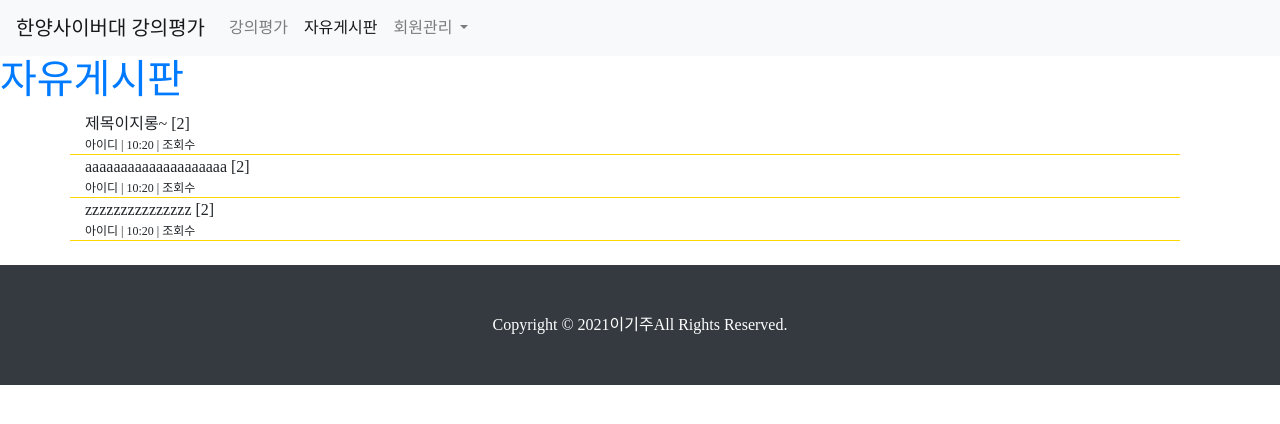
Repository: lkjjjang/hycu
Page: http://localhost/hycujjang/mobile.jsp
An editor plug-in stored every save of this project. The page is shown before and after the next save, followed by the edit.
The browser window is 1280 px wide. The pictures show the whole page.
Some web fonts or font styles are not loaded; a fallback is used. The page is served by Tomcat 9. Nobody is signed in. The application's start-up code is not run. Other server files are loaded and not shown.

Above is the page before, as saved 2022-01-02 09:21:12.

### hycujjang/WebContent/mobile.jsp
<%@ page language="java" contentType="text/html; charset=UTF-8"
    pageEncoding="UTF-8"%>
<%@ page import="java.util.ArrayList" %>
<%@ page import="java.net.URLEncoder" %>
<%@ page import="java.io.PrintWriter" %>
<%@ taglib prefix="c" uri="http://java.sun.com/jsp/jstl/core"%>
<%@ taglib prefix="fmt" uri="http://java.sun.com/jsp/jstl/fmt"%>

<!DOCTYPE html>
<html>
<head>
	<meta charset="UTF-8">
	<meta name="viewport" content="width=device-width, initial-scale=1, shrink-to-fit=no">
	<title>한양사이버대 강의평가</title>
	<!-- 부트스트랩 CSS 추가하기 -->
	<link rel="stylesheet"
			href="https://stackpath.bootstrapcdn.com/bootstrap/4.4.1/css/bootstrap.min.css"
			integrity="sha384-Vkoo8x4CGsO3+Hhxv8T/Q5PaXtkKtu6ug5TOeNV6gBiFeWPGFN9MuhOf23Q9Ifjh"
			crossorigin="anonymous">
	<!-- 커스텀 CSS 추가하기 -->
	<link rel="stylesheet" href="./css/custom.css">
	<style>
		.b{
			border: solid 1px black;
		}
	</style>
</head>
<body>
	<nav class="navbar navbar-expand-md navbar-light bg-light">
		<a class="navbar-brand" href="index.jsp">한양사이버대 강의평가</a>
		<button class="navbar-toggler" type="button" data-toggle="collapse" data-target="#navbar">
			<span class="navbar-toggler-icon"></span>
		</button>
		<div id="navbar" class="collapse navbar-collapse">
			<ul class="navbar-nav mr-auto">
				<li class="nav-item">
					<a class="nav-link" href="lectureBoardController?pageNumber=1">강의평가</a>
				</li>
				<li class="nav-item active">
					<a class="nav-link" href="freeBoardController?pageNumber=1">자유게시판</a>
				</li>
				<li class="nav-item dropdown">
					<a class="nav-link dropdown-toggle" id="dropdown" data-toggle="dropdown" href="index.jsp">
						회원관리
					</a>
					<div class="dropdown-menu" aria-labelledby="dropdown">
						<a class="dropdown-item" href="logout.jsp">로그아웃</a>
					</div>
				</li>
			</ul>
		</div>
	</nav>
	<h1>
   		<a class="ed link-primary text-bold title-underline" href="freeBoardController?pageNumber=1">자유게시판</a>
	</h1>
	<div class="container">
		<div class="row" style="height: auto; width: 100%; border-bottom:1px solid gold;">
			<div class="col-12">
				제목이지롱~ [2]
			</div>
			<div class="col-12" style="font-size: 12px">
				아이디 | 10:20 | 조회수
			</div>
		</div>
		<div class="row" style="height: auto; width: 100%; border-bottom:1px solid gold;">
			<div class="col-12">
				aaaaaaaaaaaaaaaaaaaa [2]
			</div>
			<div class="col-12" style="font-size: 12px">
				아이디 | 10:20 | 조회수
			</div>
		</div>
		<div class="row" style="height: auto; width: 100%; border-bottom:1px solid gold;">
			<div class="col-12">
				zzzzzzzzzzzzzzz [2]
			</div>
			<div class="col-12" style="font-size: 12px">
				아이디 | 10:20 | 조회수
			</div>
		</div>
	</div>
  		<!--
  		${userID == 'admin'} 세션에 있는 유저 아이디
  		넘어오는 목록${freeBBS}
  		<c:if test="${userID == 'admin'}">
			<input type="checkbox" name="delCheck_id" id="delCheck_id" value="${freeBBS.bbsID}">
		</c:if>
		${freeBBS.bbsID}
		<a href="freeBoardDetailController?id=${freeBBS.bbsID}">${freeBBS.bbsTitle}</a>

  		${freeBBS.nickName}
  		${freeBBS.bbsHit}
  		${freeBBS.bbsDate}

  		-->
		<!-- 페이지번호 출력 -->
		<!-- 파라미터로 들어오는 페이지 번호를 이용해 startNum값을 구함 -->



	<footer class="bg-dark mt-4 p-5 text-center" style="color: #FFFFFF;">
		Copyright &copy; 2021이기주All Rights Reserved.
	</footer>
	<script src="https://code.jquery.com/jquery-3.6.0.js"
  			integrity="sha256-H+K7U5CnXl1h5ywQfKtSj8PCmoN9aaq30gDh27Xc0jk="
  			crossorigin="anonymous">
	</script>
	<script src="https://cdn.jsdelivr.net/npm/popper.js@1.16.0/dist/umd/popper.min.js"
			integrity="sha384-Q6E9RHvbIyZFJoft+2mJbHaEWldlvI9IOYy5n3zV9zzTtmI3UksdQRVvoxMfooAo"
			crossorigin="anonymous">
	</script>
	<script src="https://maxcdn.bootstrapcdn.com/bootstrap/4.0.0/js/bootstrap.min.js"
			integrity="sha384-JZR6Spejh4U02d8jOt6vLEHfe/JQGiRRSQQxSfFWpi1MquVdAyjUar5+76PVCmYl"
			crossorigin="anonymous">
	</script>
	<script type="text/javascript">
		function guestWrite() {
			alert('게스트 계정은 글작성이 불가능 합니다.');
		}
	</script>
	<script type="text/javascript">
		function deleteAll() {
			var checkList = document.getElementsByName('delCheck_id');
			var checkedList = new Array();
			var count = 0;
			for (var i = 0; i < checkList.length; i++) {
				if (checkList[i].checked == true) {
					count++;
					checkedList[i] = checkList[i].value;
				}
			}

			if (count == 0) {
				alert('선택사항이 없습니다.');
				return;
			}

			var data = new Array();
			for (var i = 0; i < checkedList.length; i++) {
				if (checkedList[i] != null) {
					var dataTemp = new Object();
					dataTemp.id = checkedList[i];
					data.push(dataTemp);
				}
			}

			$.ajax({
				type: "post",
				url: "freeBoardDeleteController",
				data: JSON.stringify(data),
				contentType: "application/json; charset=utf-8",
				dataType: "json",

				success: function(json) {
					if (json[0].resultCode == 'ok') {
						alert('삭제 되었습니다.');
					} else {
						alert('데이터베이스 오류 입니다.');
					}
					location.reload();
				},
				error: function(json) {
					alert('시스템 오류 입니다.')
				}
			});
		}
	</script>
	<script type="text/javascript">
		function select(tagID) {
			var id = tagID.id;
			var checkList = document.getElementsByName('delCheck_id');
			for (var i = 0; i < checkList.length; i++) {
				if (id == 'selectAll') {
					checkList[i].checked = true;
				} else {
					checkList[i].checked = false;
				}
			}

			if (id == 'selectAll') {
				changeId('cancel', '선택해제');
			} else {
				changeId('selectAll', '전체선택');
			}
		}

		function changeId(id, text)  {
			  const btnElement = document.getElementById('checkList');
			  btnElement.innerHTML = '<button class="btn btn-primary" id="' + id + '" onclick="select(this)">'+ text +'</button>' +
			  							'<button class="btn btn-danger" id="deleteAll" onclick="deleteAll()">선택삭제</button>';
		}
	</script>
</body>
</html>

### hycujjang/WebContent/css/custom.css
@import url(https://fonts.googleapis.com/earlyaccess/jejugothic.css);
@import url(https://fonts.googleapis.com/css2?family=Nanum+Gothic&display=swap);
.navbar-brand, h1, h2, h3, h4 {
	font-family: 'Jeju Gothic';
}
h5 {
	font-family: 'Jeju Gothic';
	font-size: 18px;
}
body {
	font-family: 'Nanum Gothic';
}

After the next save:
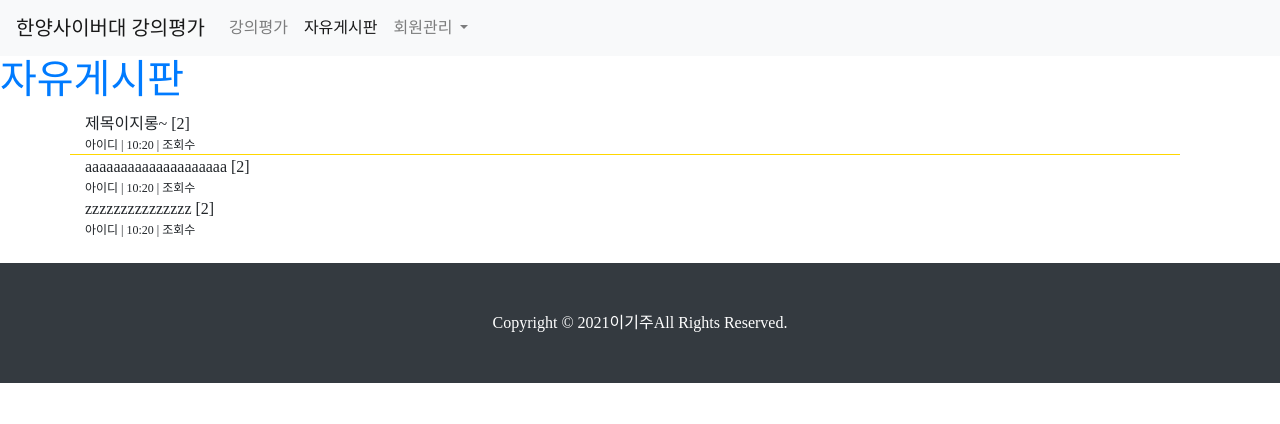
Saved 2 min 53 s later.
--- a/hycujjang/WebContent/mobile.jsp
+++ b/hycujjang/WebContent/mobile.jsp
@@ -62,7 +62,7 @@
 				아이디 | 10:20 | 조회수
 			</div>
 		</div>
-		<div class="row" style="height: auto; width: 100%; border-bottom:1px solid gold;">
+		<div class="row">
 			<div class="col-12">
 				aaaaaaaaaaaaaaaaaaaa [2]
 			</div>
@@ -70,7 +70,7 @@
 				아이디 | 10:20 | 조회수
 			</div>
 		</div>
-		<div class="row" style="height: auto; width: 100%; border-bottom:1px solid gold;">
+		<div class="row">
 			<div class="col-12">
 				zzzzzzzzzzzzzzz [2]
 			</div>
